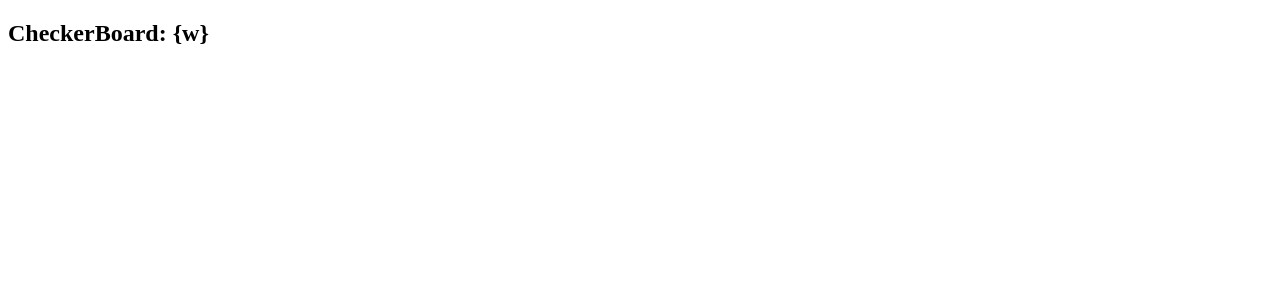
Repository: KMA91/DojoAssignments
Page: http://localhost/Checkerboard/checkerboard.jsp
An editor plug-in stored every save of this project. The page is shown before and after the next save, followed by the edit.
The browser window is 1280 px wide. The pictures show the whole page.
The page is served by Tomcat 9. Other server files are loaded and not shown.

Above is the page before, as saved 2017-07-11 00:23:34.

### Java/JavaWork/Checkerboard/WebContent/checkerboard.jsp
<%@ page language="java" contentType="text/html; charset=ISO-8859-1"
    pageEncoding="ISO-8859-1"%>
<!DOCTYPE html PUBLIC "-//W3C//DTD HTML 4.01 Transitional//EN" "http://www.w3.org/TR/html4/loose.dtd">
<html>
<head>
<meta http-equiv="Content-Type" content="text/html; charset=ISO-8859-1">
<title>A Web Page</title>
</head>
<body>
<h2>CheckerBoard: {w}</h2>
<div class="checkerboard">
	<div class="">
	</div>
</div>
</body>
</html>

### Java/JavaWork/Checkerboard/WebContent/checkerboard.css
@CHARSET "ISO-8859-1";

.checkerboard{
	outline: 2px solid black;
	width: 50px;
	height: 50px;
}

After the next save:
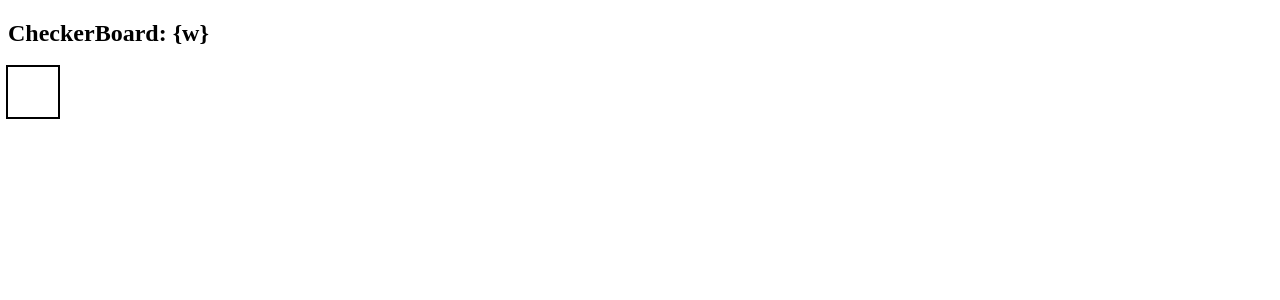
Saved 100 s later.
--- a/Java/JavaWork/Checkerboard/WebContent/checkerboard.jsp
+++ b/Java/JavaWork/Checkerboard/WebContent/checkerboard.jsp
@@ -5,6 +5,7 @@
 <head>
 <meta http-equiv="Content-Type" content="text/html; charset=ISO-8859-1">
 <title>A Web Page</title>
+<link href="./checkerboard.css" rel="stylesheet" type="text/css">
 </head>
 <body>
 <h2>CheckerBoard: {w}</h2>
